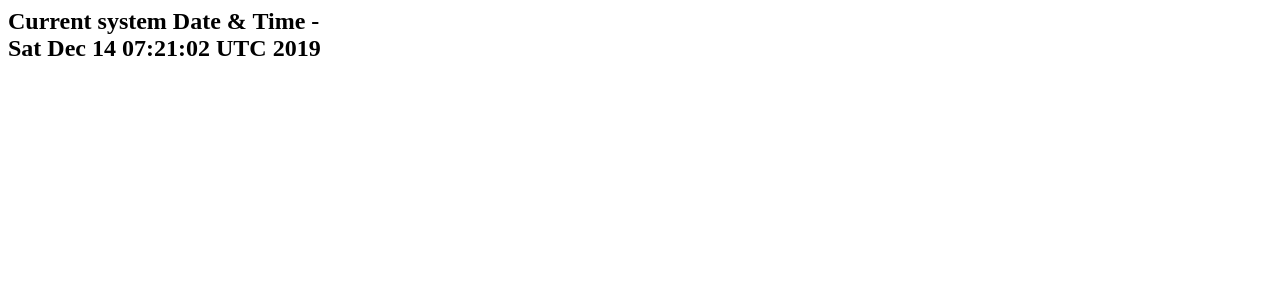
Repository: MamathaManchala/TY_CG_HTD_BangloreNovember_JFS_MamathaManchala
Page: http://localhost/mywebapp/currentDate
These files come from the project's save history. The page is drawn as it stood at one moment and after the next save; the edit follows.
The browser window is 1280 px wide. The pictures show the whole page.
The page is served by Tomcat 9.

Above is the page before, as saved 2019-12-16 07:23:36.

After the next save:
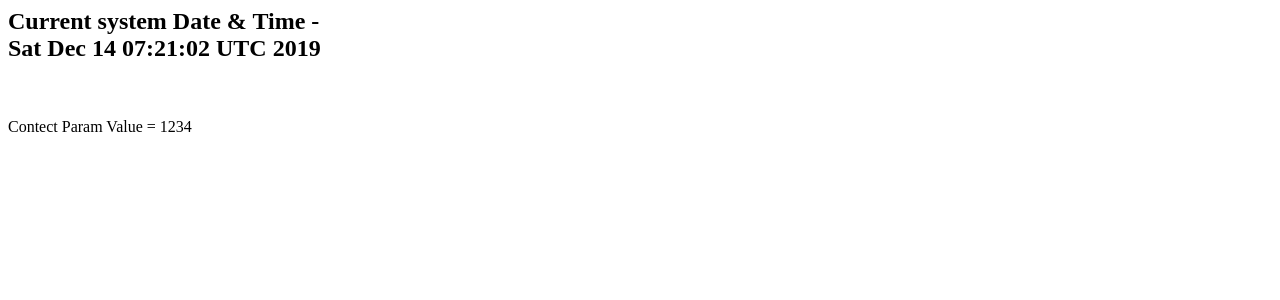
Saved 110 s later.
--- a/BackEnd/servelets/mywebapp/src/main/java/com/capgemini/mywebapp/servelets/DateServelet.java
+++ b/BackEnd/servelets/mywebapp/src/main/java/com/capgemini/mywebapp/servelets/DateServelet.java
@@ -30,6 +30,7 @@ public class DateServelet extends HttpServlet {
 	PrintWriter out = resp.getWriter();
 	out.print("<html>");
 	out.print("<h2>Current system Date & Time - <br> " + date + "</h2>");
+	out.println("<br><br>Contect Param Value = "+ contextParamVal);
 	out.print("</html>");
 
 
